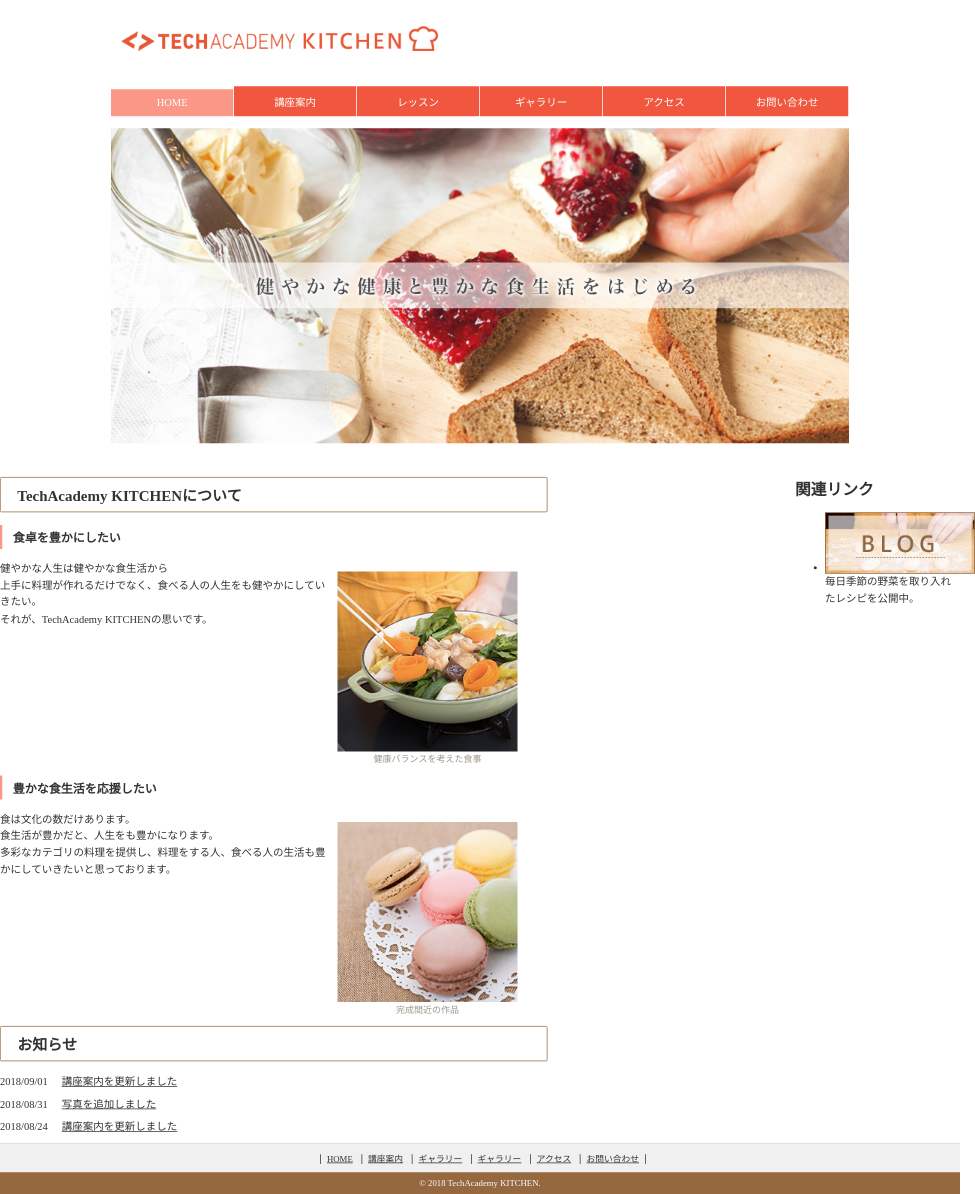
Repository: TS1234567/message-board2
Page: kitchen.html
The author's editor kept a record of every edit. The page is drawn from the files as they stood at one moment, then again after the next edit.
The browser window is 1280 px wide. The page is 1300 px wide, then 1280 px, so the pictures cover 1300 px, including what lies to the right of the window. The pictures show the whole page, at 75% of full size.

Above is the page before.

### kitchen.html
<!DOCTYPE html>
<html lang="ja">
    <head>
        <meta charset="UTF-8">
        <title>TechAcademy KTCHEN</title>
        <link rel="stylesheet" href="kitchen.css">
    </head>
    <body>

        <header>
            <h1><a href="kitchen.html"><img src="images_kitchen/logo.png" alt="TechAcademy KITCHEN"></a></h1>
            <nav id="global_navi">
                <ul>
                    <li class="current"><a href="kitchen.html">HOME</a></li>
                    <li><a href="course.html">講座案内</a></li>
                    <li><a href="lesson.html">レッスン</a></li>
                    <li><a href="gallery.html">ギャラリー</a></li>
                    <li><a href="access.html">アクセス</a></li>
                    <li><a href="contact.html">お問い合わせ</a></li>
                </ul>
            </nav>
        </header>
        <div id="main_visual">
            <img src="images_kitchen/main_visual.jpg" alt="健やかな健康と豊かな食生活をはじめる">
        </div>
        <div id="wrappeer" class="clearfix">
            <div id="main">
                <section id="point">
                <h2>TechAcademy KITCHENについて</h2>
                <section class="clearfix">
                    <h3>食卓を豊かにしたい</h3>
                        <figure>
                            <img src="images_kitchen/photo01.jpg" alt="TechAcademy KITCHENについて1">
                            <figcaption>健康バランスを考えた食事</figcaption>
                        </figure>
                        <p>
                            健やかな人生は健やかな食生活から<br>
                            上手に料理が作れるだけでなく、食べる人の人生をも健やかにしていきたい。<br>
                            それが、TechAcademy KITCHENの思いです。
                        </p>
                </section>
                <section class="clearfix">
                    <h3>豊かな食生活を応援したい</h3>
                    <figure>
                        <img src="images_kitchen/photo02.jpg" alt="TechAcademy KITCHENについて2">
                        <figcaption>完成間近の作品</figcaption>
                    </figure>
                    <p>
                       食は文化の数だけあります。<br>
                       食生活が豊かだと、人生をも豊かになります。<br>
                       多彩なカテゴリの料理を提供し、料理をする人、食べる人の生活も豊かにしていきたいと思っております。
                    </p>
                </section>
                </section>
                <section id="news">
                    <h2>お知らせ</h2>
                    <ul>
                        <li>
                            <span>2018/09/01</span>
                            <a href="course.html">講座案内を更新しました</a>
                        </li>
                        <li>
                            <span>2018/08/31</span>
                            <a href="gallery.html">写真を追加しました</a>
                        </li>
                        <li>
                            <span>2018/08/24</span>
                            <a href="course.html">講座案内を更新しました</a>
                        </li>
                    </ul>
                </section>
            </div>
            <aside id="sidebar">
                <section id="side_baner">
                    <h2>関連リンク</h2>
                    <ul>
                        <li>
                            <a href="#" target="_blank"><img src="images_kitchen/banner01.jpg" alt="ブログ"></a>
                            <p>毎日季節の野菜を取り入れたレシピを公開中。</p>
                        </li>
                    </ul>
                </section>
            </aside>
        </div>
        <footer>
            <div id="footer_navi">
                <ul>
                    <li><a href="kitchen.html">HOME</a></li>
                    <li><a href="course.html">講座案内</a></li>
                    <li><a href="lesson.html">ギャラリー</a></li>
                    <li><a href="gallery.html">ギャラリー</a></li>
                    <li><a href="access.html">アクセス</a></li>
                    <li><a href="contact.html">お問い合わせ</a></li>
                </ul>
            </div>
            <small>&copy; 2018 TechAcademy KITCHEN.</small>
        </footer>
    </body>
</html>

### kitchen.css
@charset "UTF-8";

body {
    margin: 0;
    padding: 0;
    color: #333;
    font-size: 14px;
}

a {
    color: #333;
}

a:visited {
    color: #333;
}

a:hover {
    color: #333;
    font-weight: 700;
    text-decoration: none;
}

h1,h2,h3,h4,h5,h6 {
    margin-top: 0;
}

p {
    margin-top: 0;
    line-height: 1.6;
}

img {
    vertical-align: bottom;
}

#main h2 {
    background: #fff;
    font-size: 20px;
    padding: 8px 22px;
    border-radius: 2px;
    border: 1px solid #956840;
}

#main h3 {
    font-size: 16px;
    border-left: solid 3px #fa9786;
    padding: 4px 9px 4px 14px;
}

header {
    width: 984px;
    margin: 0 auto;
}

header h1 {
    margin: 5px 0 10px;
}

#global_navi {
    margin-bottom: 16px;
}

#global_navi ul {
    font-size: 0;
    list-style: none;
    margin: 0;
    padding: 0;
}

#global_navi ul li {
    font-size: 14px;
    display: inline-block;
    width: 163px;
    margin-right: 1px;
    text-align: center;
}

#global_navi ul li a {
    display: block;
    padding: 10px 16px;
    background-color: #f0573e;
    color: #fff;
    text-decoration: none;
    transition: background-color .2s linear;
}

#global_navi ul li.current a {
    background-color: #fa9786;
}

#global_navi ul li a:hover {
    background-color: #fa9786;
}

#main_visual {
    width: 984px;
    height: 440px;
    margin: 0 auto 25px;
}

#wrapper {
    width: 984px;
    margin: 0 auto;
}

#main {
    width: 730px;
    float: left;
}

#sidebar {
    width: 220px;
    float: right;
}

.clearfix::after {
    content: '';
    display: block;
    clear: both;
}

#point figure {
    float: right;
    margin-left: 16px;
}

#point figcaption {
    font-size: 12px;
    color: #9C9689;
    text-align: center;
}

#news ul {
    list-style: none;
    padding: 0;
}

#news li {
    margin-bottom: 10px;
}

#news li a {
    margin-left: 15px;
}

#side_banner ul {
    list-style: none;
    padding: 0;
}

#side_banner {
    margin-bottom: 30px;
    border: 1px solid #956840;
    text-align: center;
}

#side_banner h2 {
    background-color: #956840;
    color: #fff;
    padding: 7px;
    font-size: 14px;
    text-align: center;
}

footer #footer_navi ul {
    list-style: none;
    margin: 0;
    padding: 0;
    text-align: center;
}

footer {
    background-color: #956840;
    text-align: center;
}

footer #footer_navi {
    background-color : #f0f0f0;
    padding: 10px 0;
}

footer #footer_navi li {
    display: inline;
    border-left: solid 1px #333;
    margin-left: 8px;
    padding-left: 8px;
    font-size: smaller;
}

footer #footer_navi li:last-child {
    border-right: solid 1px #333;
    padding: 0 8px;
}

footer small {
    display: block;
    padding: 8px 0;
    color: #fff;
}

After the next edit:
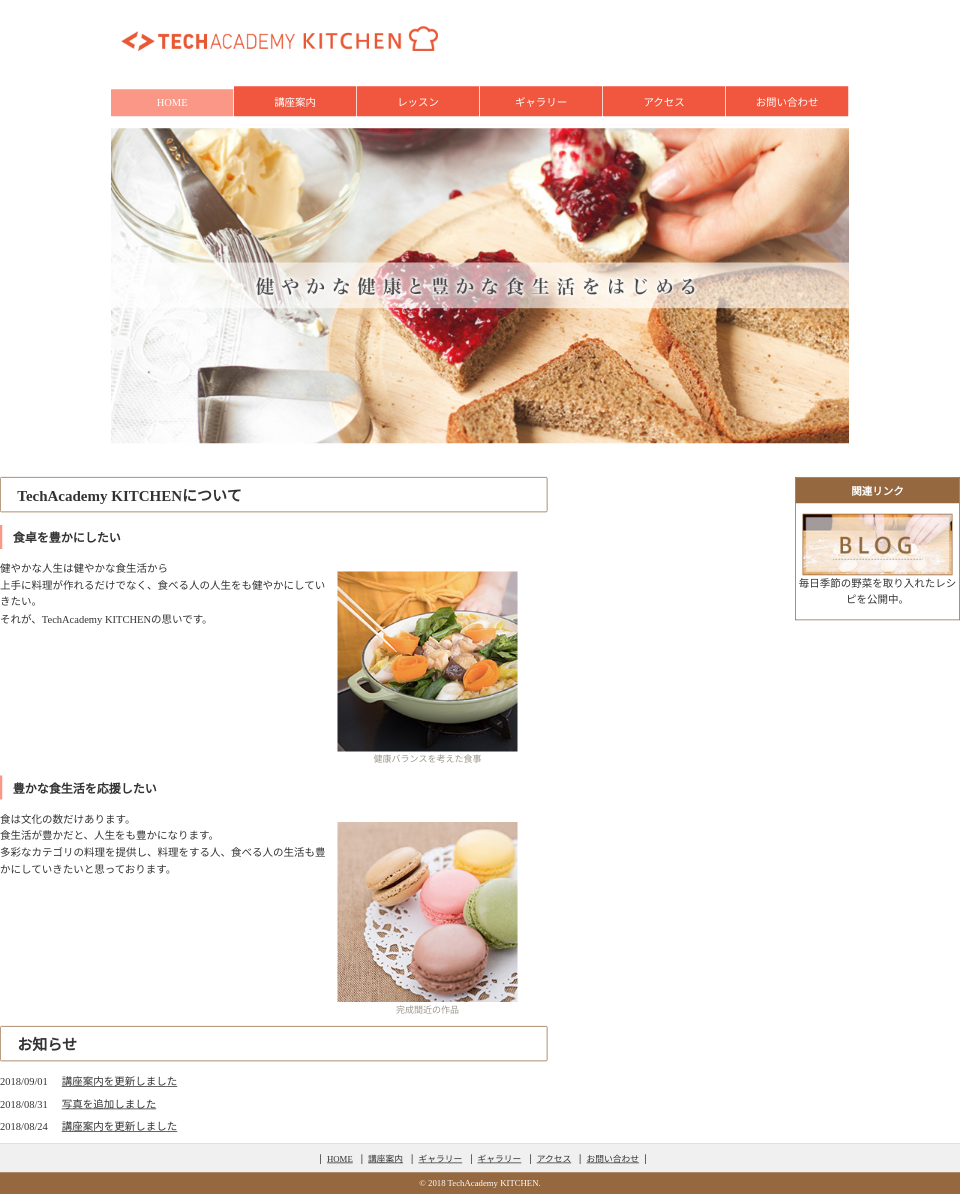
The edit:
--- a/kitchen.html
+++ b/kitchen.html
@@ -71,7 +71,7 @@
                 </section>
             </div>
             <aside id="sidebar">
-                <section id="side_baner">
+                <section id="side_banner">
                     <h2>関連リンク</h2>
                     <ul>
                         <li>
